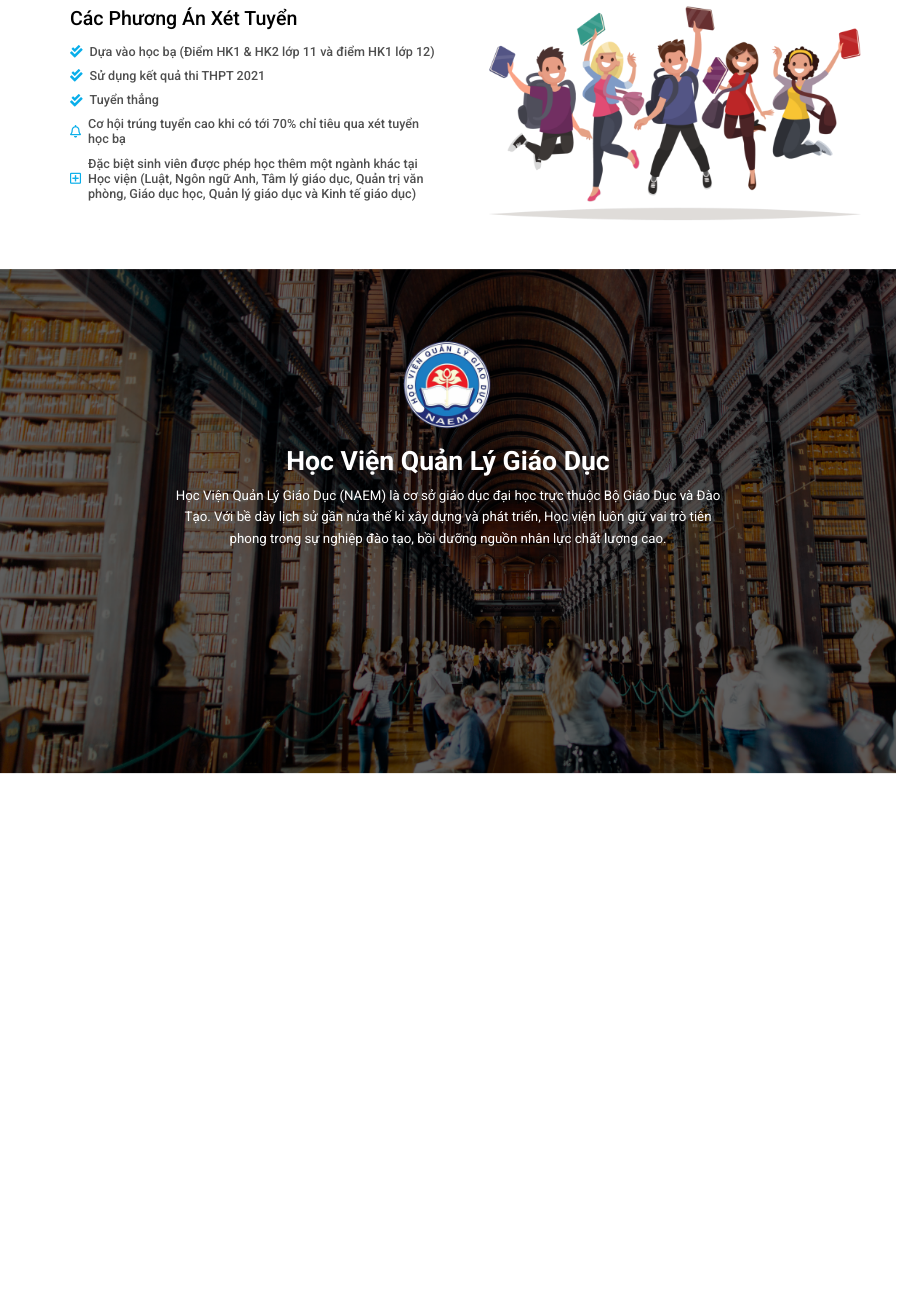
Repository: hongphuck1/trangweb1
Page: index.html
The author's editor kept a copy of each file at every save. The page is drawn from the files as they stood at one save, then again after the next save.
The browser window is 1280 px wide. The page is 1288 px wide, so the pictures cover 1288 px, including what lies to the right of the window. The pictures show the part of the page from y = 819 to 2699 px (the page is 4941 px tall), at 70% of full size.

Above is the page before, as saved 2021-09-07 01:44:07.

After the next save:
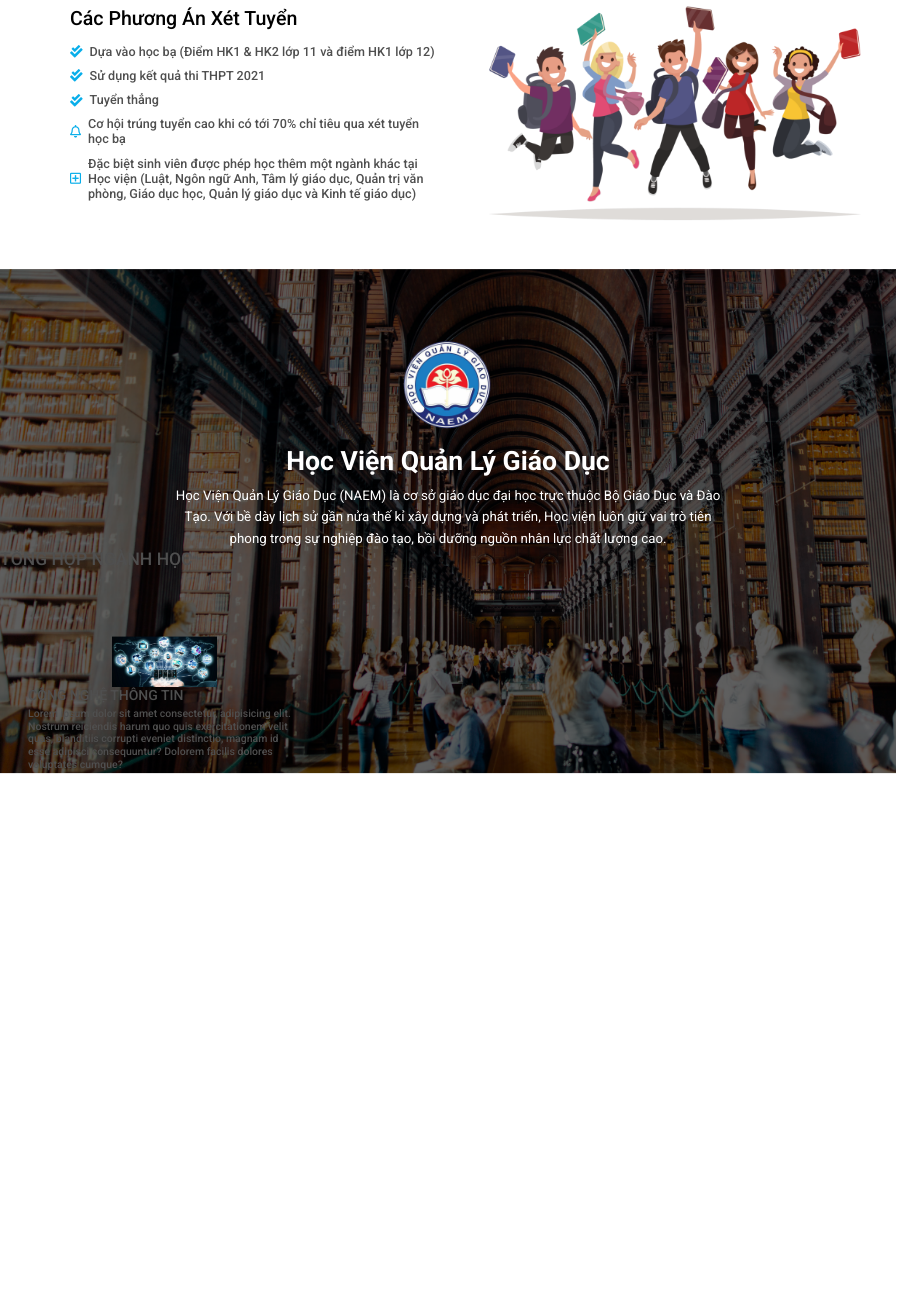
Saved 7 min 37 s later.
--- a/index.html
+++ b/index.html
@@ -223,6 +223,21 @@
       </div>
 
 
+      <div class="container-body-subjects">
+          <h1>TỔNG HỢP NGÀNH HỌC</h1>
+
+          <div class="grid wide">
+            <div class="row">
+              <div class="col l-4">
+                <img src="img/congnghethongtin.png" alt="">
+                <h2>CÔNG NGHỆ THÔNG TIN</h2>
+                <h4>Lorem ipsum dolor sit amet consectetur, adipisicing elit. Nostrum reiciendis harum quo quis exercitationem velit quas, blanditiis corrupti eveniet distinctio, magnam id esse adipisci consequuntur? Dolorem facilis dolores voluptates cumque?</h4>
+              </div>
+              <div class="col l-4"></div>
+              <div class="col l-4"></div>
+            </div>
+          </div>
+      </div>
 
     </section>
 
